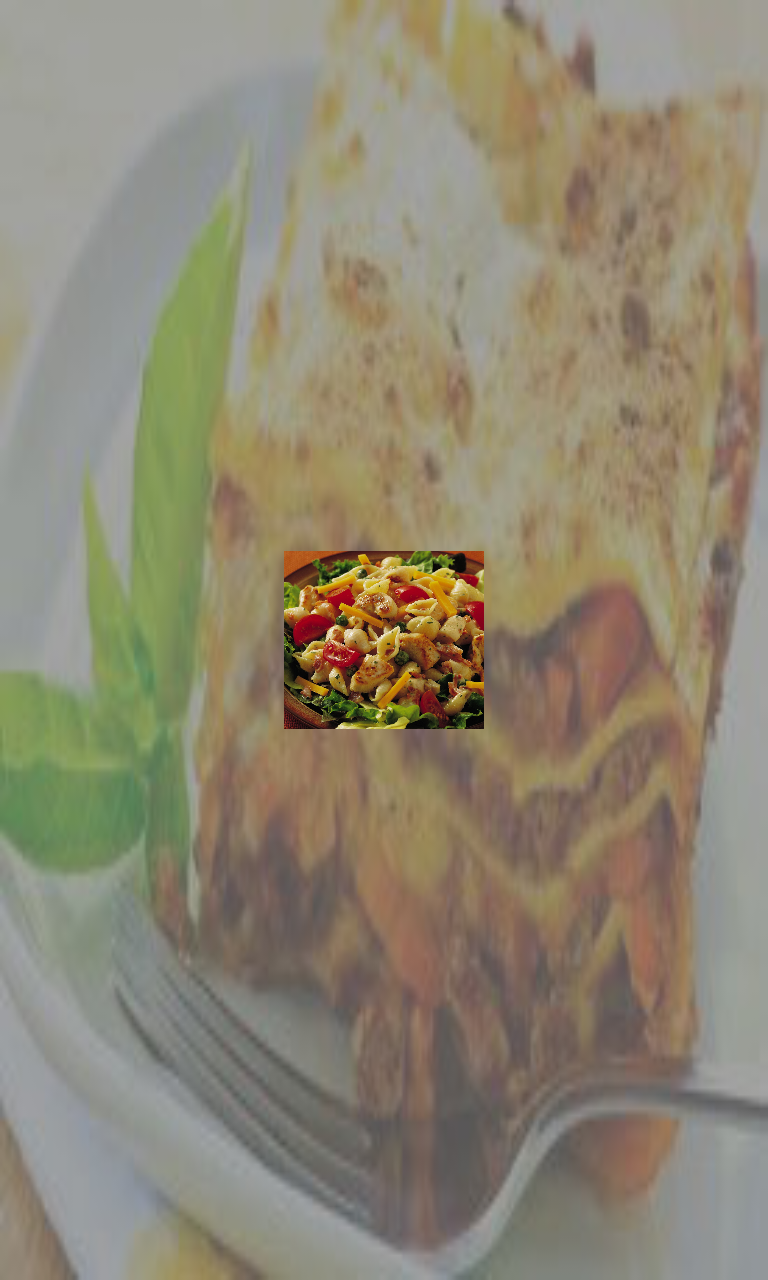
Repository: SubhaVasudevan/coday
Layout: MealsWithCare/res/layout/activity_main.xml
An editor plug-in stored every save of this project. The layout is shown before and after the next save, followed by the edit.
It is drawn on a 768 x 1280 px phone screen (xhdpi) without system bars, with theme android:Theme.NoTitleBar; the app's code is not run.

Above is the layout before, as saved 2014-11-01 00:26:40.

### MealsWithCare/res/layout/activity_main.xml
<RelativeLayout xmlns:android="http://schemas.android.com/apk/res/android"
    xmlns:tools="http://schemas.android.com/tools"
    android:layout_width="match_parent"
    android:layout_height="match_parent"
    android:background="@drawable/download"
    android:paddingBottom="@dimen/activity_vertical_margin"
    android:paddingLeft="@dimen/activity_horizontal_margin"
    android:paddingRight="@dimen/activity_horizontal_margin"
    android:paddingTop="@dimen/activity_vertical_margin"
    tools:context=".MainActivity" >

    <ImageView
        android:layout_centerInParent="true"
        android:id="@+id/test_image"
        android:layout_width="100dp"
        android:layout_height="100dp"
        android:src="@drawable/nutritiousmeals" />

</RelativeLayout>

Loaded but not shown: MealsWithCare/res/values/dimens.xml (common file)

After the next save:
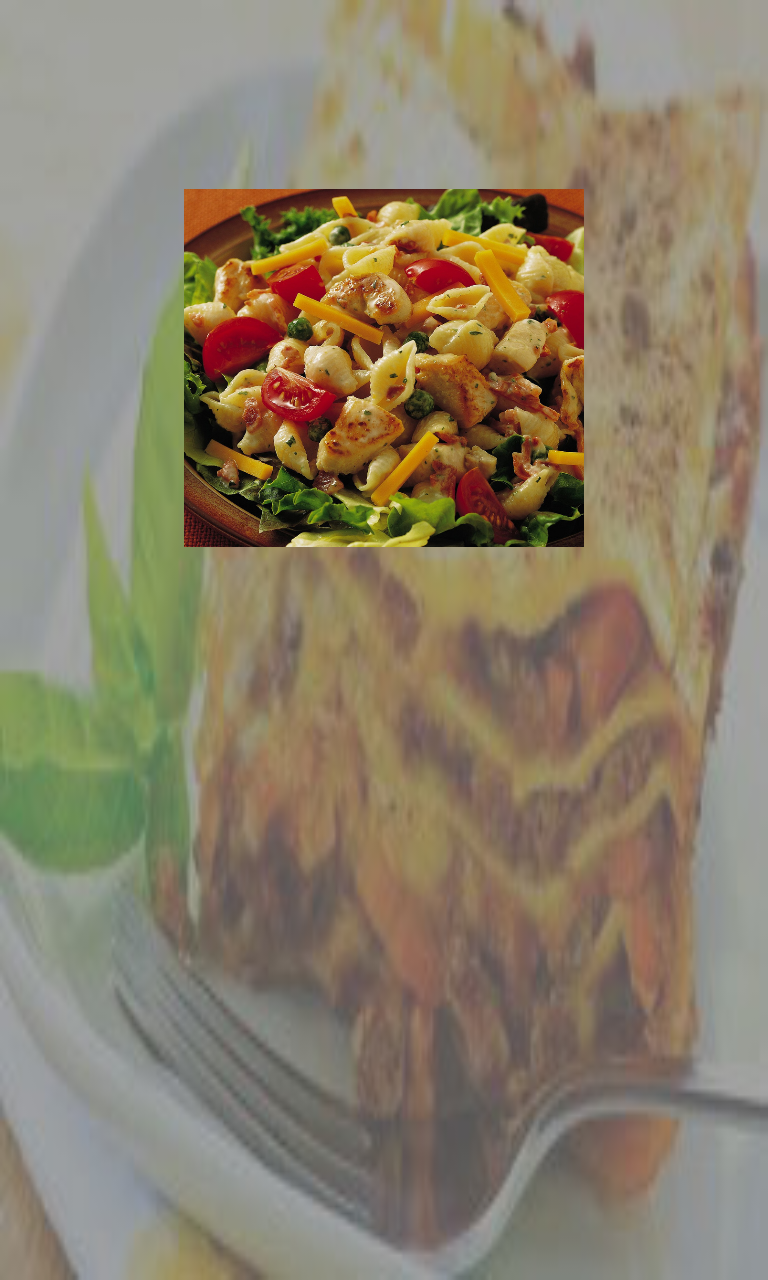
Saved 28 s later.
--- a/MealsWithCare/res/layout/activity_main.xml
+++ b/MealsWithCare/res/layout/activity_main.xml
@@ -10,10 +10,12 @@
     tools:context=".MainActivity" >
 
     <ImageView
-        android:layout_centerInParent="true"
         android:id="@+id/test_image"
-        android:layout_width="100dp"
-        android:layout_height="100dp"
+        android:layout_width="200dp"
+        android:layout_height="200dp"
+        android:layout_alignParentTop="true"
+        android:layout_centerHorizontal="true"
+        android:layout_marginTop="68dp"
         android:src="@drawable/nutritiousmeals" />
 
 </RelativeLayout>
